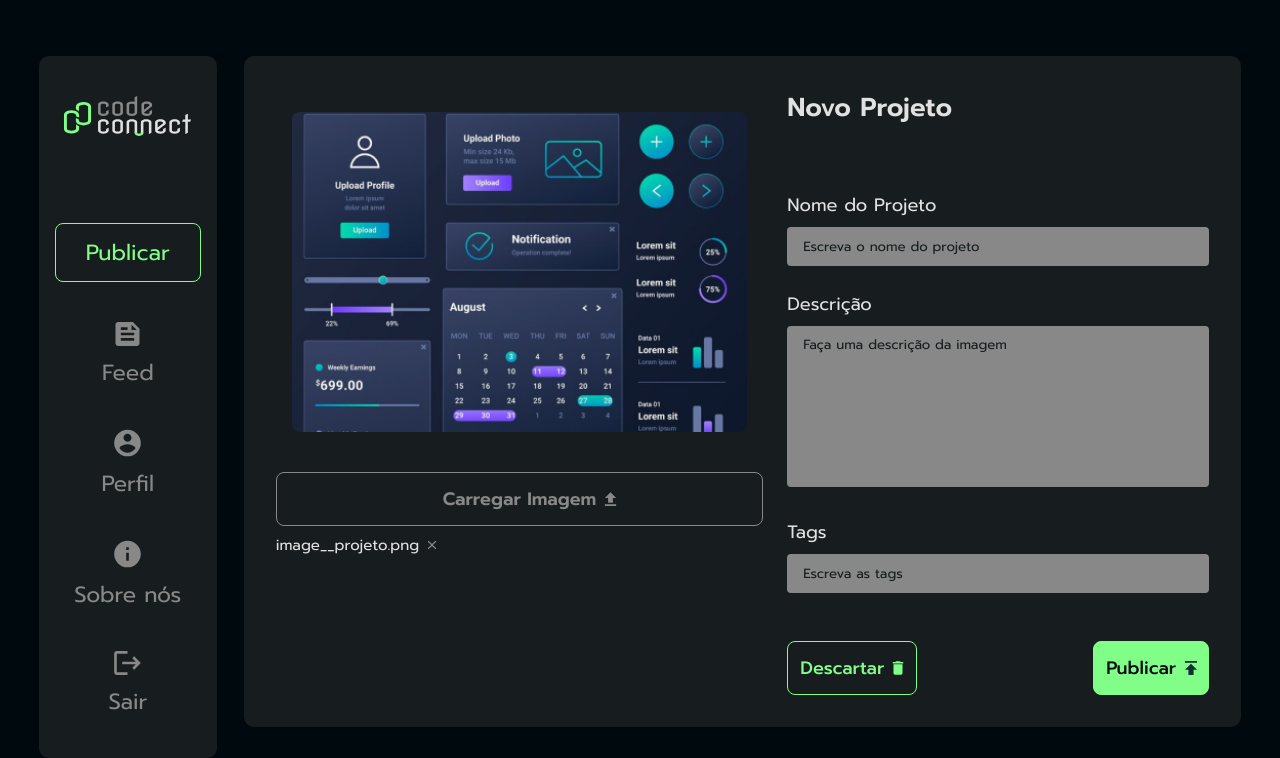
Repository: joaoPraiaJunior/async_await
Page: index.html
An editor plug-in stored every save of this project. The page is shown before and after the next save, followed by the edit.
The browser window is 1280 px wide. The pictures show the whole page.

Above is the page before, as saved 2024-08-28 20:38:39.

### index.html
<!DOCTYPE html>
<html lang="pt-BR" dir="ltr">

<head>
    <meta charset="UTF-8">
    <meta name="viewport" content="width=device-width, initial-scale=1.0">
    <meta name="description" content="Projeto Async Await">
    <link rel="preconnect" href="https://fonts.googleapis.com">
    <link rel="preconnect" href="https://fonts.gstatic.com" crossorigin>
    <link href="https://fonts.googleapis.com/css2?family=Prompt:ital,wght@0,100;0,200;0,300;0,400;0,500;0,600;0,700;0,800;0,900;1,100;1,200;1,300;1,400;1,500;1,600;1,700;1,800;1,900&display=swap" rel="stylesheet">
    <link rel="stylesheet" href="./css/styles.css">
    <title>CodeConnect</title>
</head>

<body>
    <aside class="l-lateral">
        <figure><img src="./img/Logo.svg" alt="Logo do codeconnect"></figure>
        <nav class="c-menu">
            <ul class="c-menu__lista">
                <li class="c-menu__item"><a href="#" class="c-menu__link">Publicar</a></li>
                <li class="c-menu__item"><a href="#" class="c-menu__link"><img src="./img/feed.svg" aria-hidden="true" alt>Feed</a></li>
                <li class="c-menu__item"><a href="#" class="c-menu__link"><img src="./img/account_circle.svg" aria-hidden="true" alt>Perfil</a></li>
                <li class="c-menu__item"><a href="#" class="c-menu__link"><img src="./img/info.svg" aria-hidden="true" alt>Sobre nós</a></li>
                <li class="c-menu__item"><a href="#" class="c-menu__link"><img src="./img/logout.svg" aria-hidden="true" alt>Sair</a></li>
            </ul>
        </nav>
    </aside>

    <main class="l-principal">
        <div class="c-upload-imagem">
            <div class="c-upload-imagem__container">
                <figure class="c-upload-imagem__publicacao">
                    <img src="./img/imagem1.png" data-js="imagem" alt>
                </figure>
            </div>
            <button class="c-upload-imagem__botao" aria-label="carregar imagem" data-js="upload-de-imagem" aria-label="carregar-imagem">Carregar Imagem</button>
            <input type="file" name="imagem" id="imagem" accept="image/*" aria-hidden="true" style="display:none" data-js="input-upload-imagem">
            <div class="c-upload-imagem__descricao">
                <p data-js="descricao-da-imagem">image__projeto.png</p>
                <button class="c-botao c-botao--fechar" aria-label="Excluir tag" data-js="excluir-imagem"></button>
            </div>
            <div class="c-upload-imagem__mensagem-erro">
                <p data-js="mensagem-de-erro" aria-hidden="true"></p>
            </div>
        </div>

        <div class="c-formulario">
            <h1 class="c-formulario__titulo">Novo Projeto</h1>
            <form class="c-formulario__acoes" data-js="formulario">

                <div class="c-formulario__grupo">
                    <label for="projeto">Nome do Projeto</label>
                    <input type="text" name="projeto" id="projeto" placeholder="Escreva o nome do projeto">
                </div>
                <div class="c-formulario__grupo">
                    <label for="descricao">Descrição</label>
                    <textarea name="descricao" id="descricao" placeholder="Faça uma descrição da imagem"></textarea>
                </div>

                <div class="c-formulario__grupo">
                    <label for="tags">Tags</label>
                    <input type="text" name="tags" id="tags" placeholder="Escreva as tags" data-js="input-tags">
                </div>

                <ul class="c-formulario__lista" data-js="formulario-lista-tags">
                </ul>

                <div class="c-formulario__botoes">
                    <button type="reset" class="c-formulario__botao c-formulario__botao--descartar" data-js="botao-excluir-dados-formulario">Descartar</button>
                    <button type="submit" class="c-formulario__botao c-formulario__botao--salvar">Publicar</button>
                </div>
            </form>
        </div>
    </main>

    <script type="module" src="./js/scripts.js"></script>
</body>

</html>

### css/styles.css
:root {
  /* Cores */
  --background-color: #00090e;
  --cor-do-texto: #e1e1e1;
  --cor-primaria: #81fe88;
  --cor-secundaria: #888888;
  --cor-da-tag: #171d1f;
  --componentes-do-background: #171d1f;

  /* Fontes */
  --fonte-padrao: "Prompt", sans-serif;
}

* {
  margin: 0;
  padding: 0;
  box-sizing: border-box;
}

html {
  font-size: 62.5%;
}

body {
  display: flex;
  justify-content: center;
  align-items: start;
  gap: 2.7rem;
  font-family: var(--fonte-padrao);
  font-size: 1.6rem;
  background-color: var(--background-color);
  color: var(--cor-do-texto);
  padding: 5.6rem 0;
  height: 100vh;
}

.l-lateral {
  text-align: center;
  background-color: var(--componentes-do-background);
  border-radius: 1rem;
  padding: 4rem 1.6rem;
}

.c-menu__lista {
  display: flex;
  flex-direction: column;
  align-items: center;
  gap: 4rem;
  margin-top: 8rem;
  list-style-type: none;
}

.c-menu__link {
  display: flex;
  flex-direction: column;
  align-items: center;
  gap: 1rem;
  font-size: 2.2rem;
  text-decoration: none;
  color: var(--cor-secundaria);
}

.c-menu__lista li:first-of-type a {
  color: var(--cor-primaria);
  border: 0.1rem solid var(--cor-primaria);
  border-radius: 0.8rem;
  padding: 1.2rem 3rem;
}

.l-principal {
  display: flex;
  gap: 2.4rem;
  background-color: var(--componentes-do-background);
  border-radius: 1rem;
  padding: 3.2rem;
}

.c-formulario {
  display: flex;
  flex-direction: column;
  gap: 2.4rem;
  width: 42.2rem;
}

.c-formulario__titulo {
  font-size: 2.6rem;
  font-weight: 600;
  margin-bottom: 4rem;
}

.c-formulario__acoes {
  display: flex;
  flex-direction: column;
  gap: 2.4rem;
}

.c-formulario__grupo label {
  display: block;
  font-size: 1.8rem;
  font-weight: 400;
  margin-bottom: 0.8rem;
  cursor: pointer;
}

.c-formulario__grupo input,
textarea {
  background-color: var(--cor-secundaria);
  font-family: var(--fonte-padrao);
  line-height: 2.25rem;
  border: none;
  border-radius: 0.4rem;
  padding: 0.8rem 1.6rem;
  width: 100%;
}

.c-formulario__grupo textarea {
  resize: none;
  height: 16.1rem;
}

.c-formulario__grupo input {
  height: 3.9rem;
}

.c-formulario__grupo input::placeholder, textarea::placeholder {
  color: var(--componentes-do-background);
}

.c-formulario__grupo label {
  cursor: pointer;
}

.c-formulario__lista {
  display: flex;
  gap: 1.0rem;
  flex-wrap: wrap;
  list-style-type: none;
}

.c-formulario__lista-tags {
  display: flex;
  gap: 1rem;
  color: var(--cor-da-tag);
  background-color: var(--cor-secundaria);
  border-radius: 0.4rem;
  padding: 0.4rem 0.8rem;
  cursor: pointer;
}

.c-formulario__botoes {
  display: flex;
  justify-content: space-between;
  gap: 2.4rem;
}

.c-formulario__botao {
  font-family: var(--fonte-padrao);
  font-size: 1.8rem;
  font-weight: 500;
  text-align: center;
  border-radius: 0.8rem;
  padding: 1.2rem 3.2rem 1.2rem 1.2rem;
  cursor: pointer;
}

.c-formulario__botao--descartar,
.c-formulario__botao--salvar {
  position: relative;
}

.c-formulario__botao--descartar {
  color: var(--cor-primaria);
  background-color: var(--componentes-do-background);
  border: 0.1rem solid var(--cor-primaria);
}

.c-formulario__botao--salvar {
  color: var(--background-color);
  background-color: var(--cor-primaria);
  border: 0.1rem solid var(--cor-primaria);
}

.c-formulario__botao--descartar::after,
.c-formulario__botao--salvar::after,
.c-upload-imagem__botao::after {
  content: "";
  display: inline-block;
  position: absolute;
  top: 50%;
  background-size: contain;
  background-repeat: no-repeat;
  margin-left: 0.8rem;
  width: 1.5rem;
  height: 1.5rem;
  transform: translateY(-50%);
}

.c-formulario__botao--descartar::after {
  background-image: url("../img/trash.svg");
}

.c-formulario__botao--salvar::after {
  background-image: url("../img/arrow_forward2.svg");
}

.c-upload-imagem__botao::after {
  background-image: url("../img/upload.svg");
}

.c-upload-imagem__publicacao {
  background-color: var(--secundary-color);
  border-radius: 0.8rem;
  padding: 2.4rem 1.6rem;
  height: 36.8rem;
}

.c-upload-imagem__publicacao img {
  border-radius: 0.8rem;
  object-fit: cover;
  height: 100%;
}

.c-upload-imagem__botao {
  position: relative;
  color: var(--cor-secundaria);
  background-color: var(--componentes-do-background);
  font-family: var(--fonte-padrao);
  font-size: 1.8rem;
  font-weight: 600;
  text-align: center;
  margin: 1.6rem 0 0.8rem 0;
  border: 0.1rem solid var(--cor-secundaria);
  border-radius: 0.8rem;
  padding: 1.2rem;
  width: 100%;
  cursor: pointer;
}

.c-upload-imagem__descricao {
  display: flex;
  gap: 0.8rem;
  color: var(--secundary-color);
  font-size: 1.5rem;
}

.c-upload-imagem__descricao img {
  cursor: pointer;
}

.c-upload-imagem__mensagem-erro {
  margin-top: 1.5rem;
}


.piscar {
  animation: piscar 1.5s infinite;
}

@keyframes piscar {
  0% {
    opacity: 1;
  }
  50% {
    opacity: 0.5;
  }
  100% {
    opacity: 1;
  }
}

.c-botao {
  position: relative;
  background-color: transparent;
  border: none;
  width: .9rem;
  height: 2.2rem;
  cursor: pointer;
}

.c-botao::after {
  content: "";
  position: absolute;
  top: 50%;
  display: inline-block;
  background-size: contain;
  background-repeat: no-repeat;
  width: .9rem;
  height: .9rem;
  transform: translate(-50%, -50%);
}

.c-botao--excluir::after {
  background-image: url("../img/close-black.svg");
}

.c-botao--fechar::after {
  background-image: url("../img/close.svg");
}

### js/modulos/criarTagsDoProjeto.js
import exibirTagsDisponiveis from './exibirTagsDisponiveis.js';
import manipularMensagemDeErro from './manipularMensagemDeErro.js';

async function criarTagsDoProjeto(evento) {

    const elementos = {
        inputTags: '[data-js="input-tags"]',
        formularioListaTags: '[data-js="formulario-lista-tags"]',
    }

    const inputTags = document.querySelector(elementos.inputTags);
    const formularioListaTags = document.querySelector(elementos.formularioListaTags);
    const tecla = evento.key;

    if (tecla === 'Enter') {
        evento.preventDefault();
        const nomeDaTag = evento.target.value.trim();
        if (nomeDaTag !== '') {
            try {
                const tagJaExiste = await exibirTagsDisponiveis(nomeDaTag);
                if (tagJaExiste) {
                    const li = document.createElement('li');
                    const p = document.createElement('p');
                    const botao = document.createElement('button');
                    li.classList.add('c-formulario__lista-tags');
                    botao.classList.add('c-botao', 'c-botao--excluir');
                    botao.setAttribute('aria-label', 'Excluir tag');
                    botao.setAttribute('type', 'button');
                    botao.dataset.js = 'botao-excluir-tag';
                    p.textContent = tagJaExiste;
                    li.appendChild(p);
                    li.appendChild(botao);
                    formularioListaTags.appendChild(li);
                    inputTags.value = '';
                } else {
                    manipularMensagemDeErro('Tag não encontrada');
                    inputTags.value = '';
                }
            } catch (erro) {
                manipularMensagemDeErro('Erro ao criar tag', erro);
            }
        }
    }
}

export default criarTagsDoProjeto;

### js/modulos/descartarDadosDoFormulario.js
import elementosQueResetamFormulario from './elementosQueResetamFormulario.js';

function descartarDadosDoFormulario(evento) {
    evento.preventDefault();
    elementosQueResetamFormulario();
}

export default descartarDadosDoFormulario;

### js/modulos/enviarDados.js
import manipularMensagemDeErro from './manipularMensagemDeErro.js';
import publicarDadosDoProjeto from './publicarDadosDoProjeto.js';

async function enviarDados(evento) {

    const elementos = {
        formularioListaTags: '[data-js="formulario-lista-tags"]',
        formulario: '[data-js="formulario"]',
        inputUploadImagem: '[data-js="input-upload-imagem"]',
    }

    const formularioListaTags = document.querySelector(elementos.formularioListaTags);
    const formulario = document.querySelector(elementos.formulario);
    const inputUploadImagem = document.querySelector(elementos.inputUploadImagem);

    evento.preventDefault();

    const nomeDoProjeto = formulario.projeto;
    const descricaoDoProjeto = formulario.descricao;
    const tags = Array.from(formularioListaTags.children).map(tag => tag.querySelector('p').textContent);
    const imagemDoProjeto = inputUploadImagem;

    try {
        const mensagem = await publicarDadosDoProjeto({nomeDoProjeto, descricaoDoProjeto, tags, imagemDoProjeto});
        manipularMensagemDeErro(mensagem);
    } catch (erro) {
        console.error('Erro ao publicar projeto', erro);
        manipularMensagemDeErro(erro);
    }
}

export default enviarDados;

### js/modulos/excluirImagemApresentada.js
function excluirImagemApresentada() {

    const elementos = {
        imagem: '[data-js="imagem"]',
        descricaoDaImagem: '[data-js="descricao-da-imagem"]',
        inputUploadDeImagem: '[data-js="input-upload-imagem"]',
        uploadDeImagem: '[data-js="upload-de-imagem"]',
    }

    const imagem = document.querySelector(elementos.imagem);
    const descricaoDaImagem = document.querySelector(elementos.descricaoDaImagem);
    const inputUploadDeImagem = document.querySelector(elementos.inputUploadDeImagem);
    const uploadDeImagem = document.querySelector(elementos.uploadDeImagem);
    const confirmar = confirm('Deseja realmente excluir a imagem?');

    if(confirmar){
        imagem.src = './img/imagem1.png';
        descricaoDaImagem.textContent = 'image__projeto.png';
        inputUploadDeImagem.value = ''
        uploadDeImagem.focus();
    }
}

export default excluirImagemApresentada;

### js/modulos/excluirTag.js

function excluirTag(evento) {

    const elementos = {
        formularioListaTags: '[data-js="formulario-lista-tags"]',
    }

    const formularioListaTags = document.querySelector(elementos.formularioListaTags);
    const botaoExcluir = evento.target.closest('[data-js="botao-excluir-tag"]');

    if (botaoExcluir) {
        const tagEscolhida = botaoExcluir.parentElement;
        formularioListaTags.removeChild(tagEscolhida);
    }
}

export default excluirTag;

### js/modulos/uploadDeImagem.js
import lerConteudoDoArquivo from './lerConteudoDoArquivo.js';
import manipularMensagemDeErro from './manipularMensagemDeErro.js';

async function uploadDeImagem(evento) {

    const elementos = {
        imagem: '[data-js="imagem"]',
        descricaoDaImagem: '[data-js="descricao-da-imagem"]',
    }

    const imagem = document.querySelector(elementos.imagem);
    const descricaoDaImagem = document.querySelector(elementos.descricaoDaImagem);
    const arquivo = evento.target.files[0];

    if (!arquivo) {

        manipularMensagemDeErro('Nenhum arquivo selecionado.');
        return;

    } else {

        try {
            const conteudoDoArquivo = await lerConteudoDoArquivo(arquivo);
            imagem.src = conteudoDoArquivo.url;
            descricaoDaImagem.innerHTML = descricaoDaImagem(arquivo.name);

            manipularMensagemDeErro(null); // Limpa a mensagem

        } catch (erro) {

            manipularMensagemDeErro(erro); // Exibe o erro
        }

    }
}

export default uploadDeImagem;

### js/modulos/exibirTagsDisponiveis.js

function exibirTagsDisponiveis(tagTexto) {

    const tagsDisponiveis = [
        "Front-end",
        "Programação",
        "Data Science",
        "Full-stack",
        "HTML",
        "CSS",
        "JavaScript",
        "React",
        "Angular",
        "Vue",
        "Back-end",
    ];

    return new Promise((resolve) => {

        setTimeout(() => {
            resolve(tagsDisponiveis.find(tag => tagTexto.toLowerCase() === tag.toLowerCase()));
        }, 1000);

    });
}

export default exibirTagsDisponiveis;

### js/modulos/manipularMensagemDeErro.js

let ajustarAnimacao = null;

function manipularMensagemDeErro(erro) {

    const elementos = {
        mensagemDeErro: '[data-js="mensagem-de-erro"]',
    }

    const mensagemDeErro = document.querySelector(elementos.mensagemDeErro);

    if (erro) {
        mensagemDeErro.textContent = erro;
        mensagemDeErro.classList.add('piscar');
        mensagemDeErro.setAttribute('aria-hidden', false);
        mensagemDeErro.setAttribute('role', 'alert');
        mensagemDeErro.setAttribute('tabindex', 0); // Para que o leitor de tela leia a mensagem
        pararAnimacao();
        animacao();
    }

    function animacao() {
        ajustarAnimacao = setTimeout(() => {
            mensagemDeErro.textContent = '';
            mensagemDeErro.classList.remove('piscar');
            mensagemDeErro.setAttribute('aria-hidden', true);
            mensagemDeErro.removeAttribute('role');
            mensagemDeErro.removeAttribute('tabindex');
        }, 15000);
    }

    function pararAnimacao() {
        if (ajustarAnimacao) {
            clearTimeout(ajustarAnimacao);
            ajustarAnimacao = null;
        }
    }
}



export default manipularMensagemDeErro

### js/modulos/elementosQueResetamFormulario.js

function elementosQueResetamFormulario() {

    const elementos = {
        imagem: '[data-js="imagem"]',
        descricaoDaImagem: '[data-js="descricao-da-imagem"]',
        formularioListaTags: '[data-js="formulario-lista-tags"]',
        formulario: '[data-js="formulario"]',
        inputUploadDeImagem: '[data-js="input-upload-imagem"]',
    }

    const imagem = document.querySelector(elementos.imagem);
    const descricaoDaImagem = document.querySelector(elementos.descricaoDaImagem);
    const formulario = document.querySelector(elementos.formulario);
    const formularioListaTags = document.querySelector(elementos.formularioListaTags);
    const inputUploadDeImagem = document.querySelector(elementos.inputUploadDeImagem);


    formulario.reset();
    imagem.src = './img/imagem1.png';
    descricaoDaImagem.textContent = 'image__projeto.png';
    formularioListaTags.innerHTML = '';
    inputUploadDeImagem.value = '';
}


export default elementosQueResetamFormulario;

### js/modulos/publicarDadosDoProjeto.js
import dadosNoLocalStorage from './dadosNoLocalStorage.js';
import validaDadosFormulario from './validaDadosFormulario.js';

async function publicarDadosDoProjeto(dados) {


    return new Promise((resolve, reject) => {
        setTimeout(() => {
            const erroDados = validaDadosFormulario(dados);

            if (erroDados) {
                return reject(erroDados);
            }

            const envio = dadosNoLocalStorage(dados);

            if (envio) {
                resolve('Projeto publicado com sucesso');

            } else {
                reject('Erro ao publicar projeto');
            }
        }, 2000);

    });
}

export default publicarDadosDoProjeto;

### js/modulos/lerConteudoDoArquivo.js

import validaImagem from './validaImagem.js';

function lerConteudoDoArquivo(arquivo, evento) {

    return new Promise((resolve, reject) => {
        const leitor = new FileReader();
        leitor.onload = () => {

            const erro = validaImagem(arquivo, evento)

            if (erro) {
                return reject(erro);
            }

            resolve({ url: leitor.result, nome: arquivo.name });
        }

        leitor.onerror = () => {
            reject(`Erro na leitura do arquivo ${arquivo.name}`);
        }

        leitor.readAsDataURL(arquivo);
    });
}

export default lerConteudoDoArquivo;

### js/modulos/validaImagem.js
import validaExtensaoDaImagem from './validaExtensaoDaImagem.js';
import validaTamanhoDaImagem from './validaTamanhoDaImagem.js';

function validaImagem(arquivo) {

    if (!validaExtensaoDaImagem(arquivo)) {
        return 'Extensão não permitida. Por favor, envie uma imagem no formato JPEG, PNG, JPG ou GIF';
    }

    if (!validaTamanhoDaImagem(arquivo)) {
        return 'Tamanho da imagem não permitido. Por favor, envie uma imagem de até 2MB';
    }

    return null; // Sem erro
}

export default validaImagem;

### js/modulos/dadosNoLocalStorage.js
import elementosQueResetamFormulario from './elementosQueResetamFormulario.js';
import lerConteudoDoArquivo from './lerConteudoDoArquivo.js';

async function dadosNoLocalStorage(dados) {

    const projetoNoLOcalStorage = JSON.parse(localStorage.getItem('Projeto')) || [];

    const { nomeDoProjeto, descricaoDoProjeto, tags, imagemDoProjeto } = dados;



    const imagem = await lerConteudoDoArquivo(imagemDoProjeto.files[0]);
    const nomeDaImagem = imagem.nome;
    const urlDaImagem = imagem.url;

    const dadosDoProjeto = {
        nomeDoProjeto: nomeDoProjeto.value,
        descricaoDoProjeto: descricaoDoProjeto.value,
        tags: tags,
        urlDaImagem: urlDaImagem,
        nomeDaImagem: nomeDaImagem
    };

    projetoNoLOcalStorage.push(dadosDoProjeto);

    localStorage.setItem('Projeto', JSON.stringify(projetoNoLOcalStorage));

    elementosQueResetamFormulario();
}

export default dadosNoLocalStorage;

### js/modulos/validaDadosFormulario.js
import validaInputFile from "./validaInputFile.js";
import validaInputs from "./validaInputs.js";
import verificaListaDeTags from "./verificaListaDeTags.js";


function validaDadosFormulario(dados) {

    const {nomeDoProjeto, descricaoDoProjeto, tags, imagemDoProjeto} = dados;

    console.log(nomeDoProjeto, descricaoDoProjeto, tags, imagemDoProjeto);

    if(!validaInputFile(imagemDoProjeto)) {
        return 'Adicione uma imagem ao projeto';
    }

    if(!validaInputs(nomeDoProjeto, descricaoDoProjeto)) {
        return 'Verifique se os campos Nome do Projeto e Descrição estão preenchidos';
    }

    if(!verificaListaDeTags(tags)) {
        return 'Adicione pelo menos uma tag';
    }

    return null; // Se erro.
}

export default validaDadosFormulario;

### js/modulos/validaExtensaoDaImagem.js
function validaExtensaoDaImagem(arquivo) {

    const extensoesPermitidas = ['image/jpeg', 'image/png', 'image/jpg', 'image/gif'];
    return extensoesPermitidas.includes(arquivo.type);
}

export default validaExtensaoDaImagem;

### js/modulos/validaTamanhoDaImagem.js
function validaTamanhoDaImagem(arquivo) {

    const tamanhoPermitidoDoisMB = 1024 * 1024 * 2;
    return arquivo.size <= tamanhoPermitidoDoisMB;
}

export default validaTamanhoDaImagem;

### js/modulos/validaInputFile.js
function validaInputFile(imagemDoProjeto) {
    if(imagemDoProjeto.files.length === 0) {
        return false;
    }

    return true;
}

export default validaInputFile;

### js/modulos/validaInputs.js
function validaInputs(nomeDoProjeto, descricaoDoProjeto) {

    if(!nomeDoProjeto.value || !descricaoDoProjeto.value) {
        return false;
    }

    return true;
}

export default validaInputs;

### js/modulos/verificaListaDeTags.js


function verificaListaDeTags(tags) {
    if(tags.length === 0 || !Array.isArray(tags)) {
        return false;
    }

    return true;
}

export default verificaListaDeTags;

Loaded but not shown: js/scripts.js (42 lines, source omitted)

After the next save:
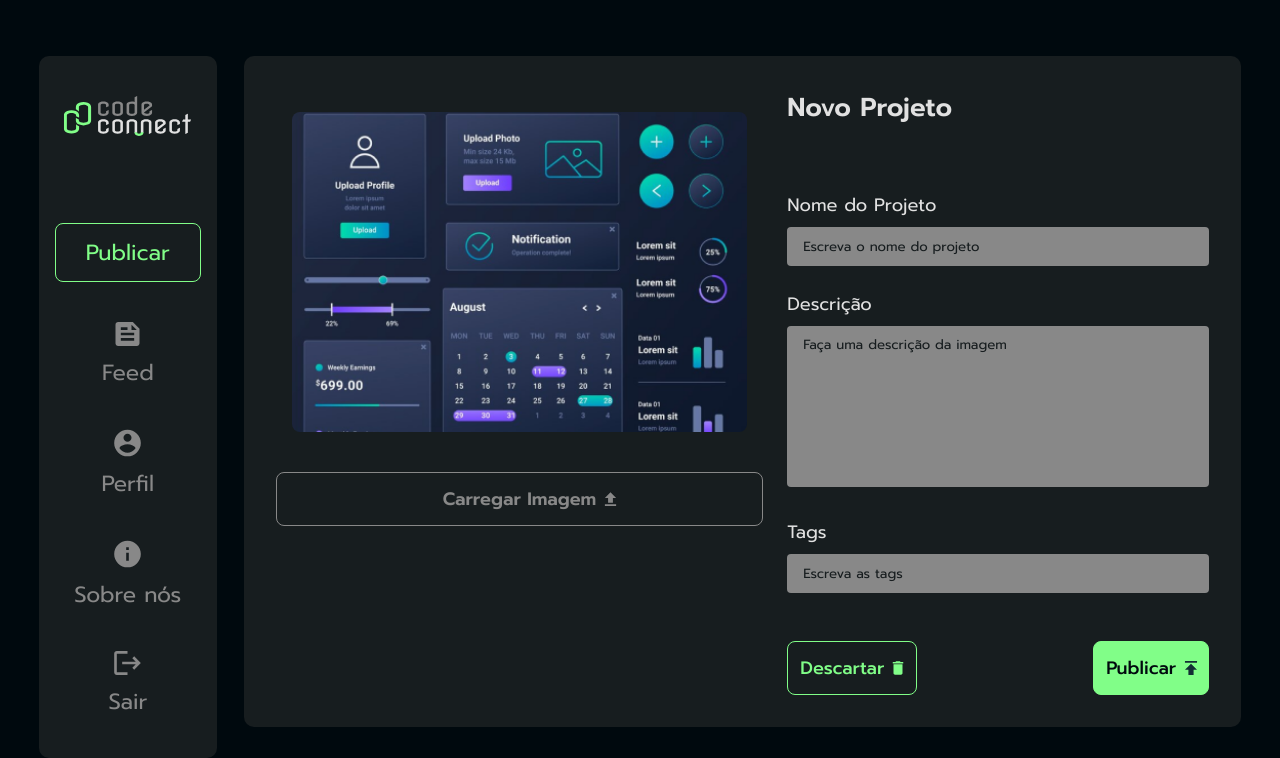
Console error: TypeError: Cannot read properties of null (reading 'addEventListener')
Saved 61 s later.
--- a/index.html
+++ b/index.html
@@ -35,9 +35,8 @@
             </div>
             <button class="c-upload-imagem__botao" aria-label="carregar imagem" data-js="upload-de-imagem" aria-label="carregar-imagem">Carregar Imagem</button>
             <input type="file" name="imagem" id="imagem" accept="image/*" aria-hidden="true" style="display:none" data-js="input-upload-imagem">
-            <div class="c-upload-imagem__descricao">
-                <p data-js="descricao-da-imagem">image__projeto.png</p>
-                <button class="c-botao c-botao--fechar" aria-label="Excluir tag" data-js="excluir-imagem"></button>
+            <div class="c-upload-imagem__descricao" data-js="descricao-da-imagem">
+
             </div>
             <div class="c-upload-imagem__mensagem-erro">
                 <p data-js="mensagem-de-erro" aria-hidden="true"></p>
